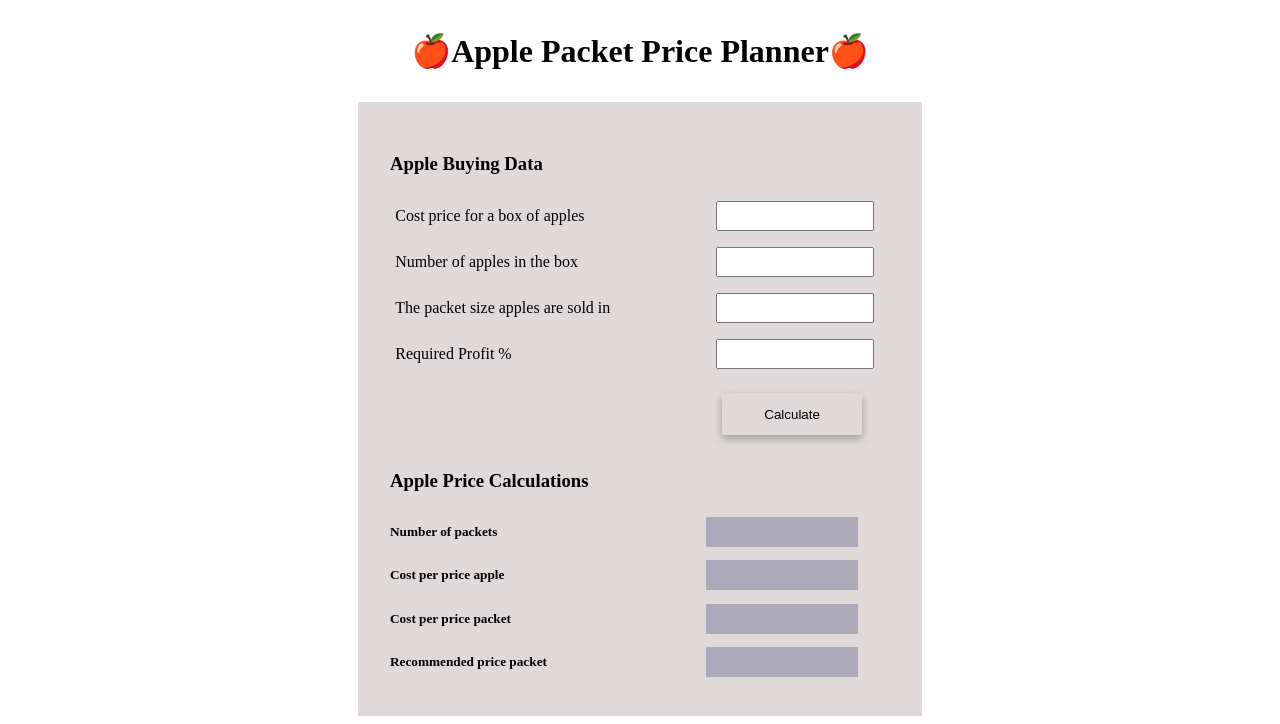
Repository: lasity34/apple-packet-price-planner
Page: index.html
An editor plug-in stored every save of this project. The page is shown before and after the next save, followed by the edit.
The browser window is 1280 px wide. The pictures show the whole page.

Above is the page before, as saved 2023-05-29 14:26:45.

### index.html
<!DOCTYPE html>
<html lang="en">
  <head>
    <meta charset="UTF-8" />
    <meta http-equiv="X-UA-Compatible" content="IE=edge" />
    <meta name="viewport" content="width=device-width, initial-scale=1.0" />
    <title>Apple Packet Price Planner</title>
    <link href="./style.css" rel="stylesheet" />
  </head>
  <body>
    <h1>🍎Apple Packet Price Planner🍎</h1>
    <main>
      <h3>Apple Buying Data</h3>
      <div class="data_input">
      <section class="input_section">
        <div class="input_container">
          <label for="apple_price">Cost price for a box of apples</label><br />
          <input
            type="number"
            id="apple_price"
            name="apple_price"

          /><br />
        </div>
      </section>
      <section class="input_section">
        <div class="input_container">
          <label for="apple_num">Number of apples in the box</label><br />
          <input type="number" id="apple_num" name="apple_num"  /><br />
        </div>
      </section>
      <section class="input_section">
        <div class="input_container">
          <label for="packet_size">The packet size apples are sold in</label><br />
          <input type="number" id="packet_size" name="packet_size" /><br />
        </div>
      </section>
      <section class="input_section">
        <div class="input_container">
          <label for="profit_required">Required Profit %</label><br />
          <input type="number" id="profit_required" name="profit_required"/><br />
        </div>
      </section>
      <div class="btn_container">
        <div></div>
        <button class="calculate_btn">Calculate</button>
      </div>
    </div>
   <section class="data_display">
    <h3>Apple Price Calculations</h3>
    <div class="data_container">
      <h5>Number of packets</h5>
      <h5 class="packets_display"></h5>
    </div>
    <div class="data_container">
      <h5>Cost per price apple</h5>
      <h5 class="cost_per_apple_display"></h5>
    </div>
    <div class="data_container">
      <h5>Cost per price packet</h5>
      <h5 class="cost_per_packet_display"></h5>
    </div><div class="data_container">
      <h5>Recommended price packet</h5>
      <h5 class="recommeded_price_packet_display"></h5>
    </div>
   </section>
    </main>
  </body>
  <script src="./apple-factory.js"></script>
  <script src="./apple-dom.js"></script>
</html>

### style.css

h1 {
    text-align: center;
    margin: 1em;
}

main {
    background-color: rgb(223, 217, 217);
    margin: 0 auto;
    padding: 2em;
    width: 70%;
    max-width: 500px;
}

.input_section {
    padding: 0.5em 0;
}

.input_container {
    display: flex;
    justify-content: space-around;
    height: 30px;
}

.input_container input {
    width: 30%;
}

.input_container label {
    width: 60%;
   align-self: center;
}

.btn_container {
    display: flex;
    justify-content: space-around;
    padding: 1em;

}

.btn_container div {
    width: 60%;
}

.calculate_btn {
    background-color: rgb(223, 217, 217);
    width: 30%;
    padding: 1em;
    border: none;
    box-shadow: 0px 4px 8px rgba(0, 0, 0, 0.25);
}

.data_container {
    display: flex;
    justify-content: space-between;
    width: 95%;
}

.data_container h5 {
    margin: 0.5em;
}

.data_container h5:nth-of-type(1) {
    align-self: center;
    margin: 0;
}

.data_container h5:nth-of-type(2) {

    display: flex;
    justify-content: center;
    align-items: center;
    width: 32%;
    height: 30px;
    background-color: rgb(172, 169, 186);
}

### apple-factory.js


function apple_factory(price, num, size, profit) {

    let apple_cost_price = price || 0;
    let num_apples = num || 0;
    let packet_size = size || 0;
    let profit_required = profit || 0;

    function apple_price(price) {
        apple_cost_price = price
    }

     function apple_count(num) {
        num_apples = num
     }

     function apple_size(packet) {
        packet_size = packet
     }

     function profit_input(input) {
        profit_required = input
     }

    function apples_price_length() {
        return apple_cost_price
    }

    function apple_count_length() {
        return num_apples
    }

    function apple_size_length() {
        return packet_size
    }

    function profit_required_length() {
        return profit_required
    }

    function number_of_packets() {
        const num_packets = Math.floor( num_apples / packet_size)
        return num_packets
    }

    function cost_per_apple() {
        const price_per_apple = num_apples / apple_cost_price
        return price_per_apple
    }

    function cost_per_packet() {
        const price_per_packet = (apple_cost_price * packet_size) / num_apples;
    return price_per_packet.toFixed(2)
    }

    function recommended_price() {
        const recommended_price_packet = (cost_per_packet() * 1.15)
        return recommended_price_packet.toFixed(2)
    }

    return {
        apple_price,
        apples_price_length,
        apple_count,
        apple_count_length,
        apple_size,
        apple_size_length,
        profit_input,
        profit_required_length,
        number_of_packets,
        cost_per_apple,
        cost_per_packet,
        recommended_price


    }
}

### apple-dom.js
const calculate_btn = document.querySelector(".calculate_btn");
const apple_cost_input = document.getElementById("apple_price").value;
const apple_num_input = document.getElementById("apple_num").value;
const packet_size_input = document.getElementById("packet_size").value;
const profit_required_input = document.getElementById("profit_required").value;
const num_packet_display = document.querySelector(".packets_display")
const cost_per_apple_display = document.querySelector(".cost_per_apple_display")
const cost_per_packet_display = document.querySelector(".cost_per_packet_display")
const recommended_price_packet = document.querySelector(".recommeded_price_packet_display")

const apple_fact = apple_factory(apple_cost_input, apple_num_input, packet_size_input, profit_required_input);

function apple_dom() {

num_packet_display.innerText = apple_fact.number_of_packets()
cost_per_apple_display = apple_fact.cost_per_apple()
cost_per_packet_display = apple_fact.cost_per_packet()
recommended_price_packet = apple_fact.recommended_price()

}

calculate_btn.addEventListener("click", apple_dom);

After the next save:
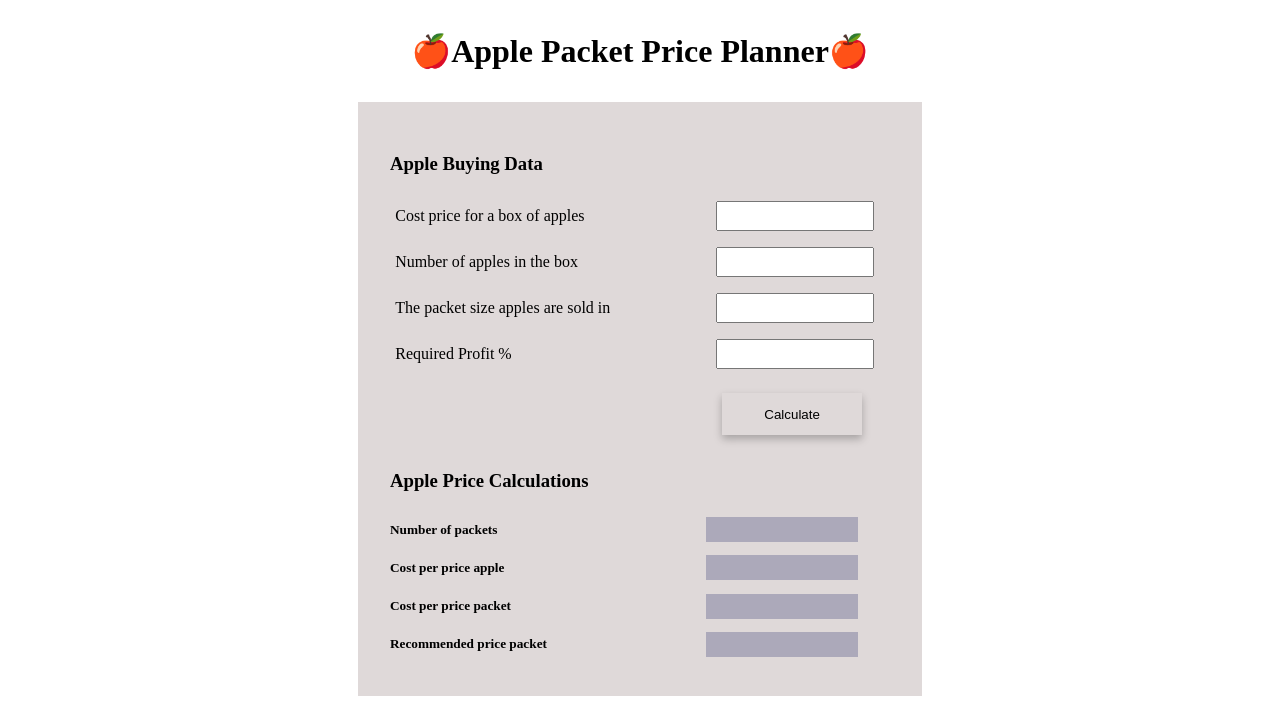
Saved 27 s later.
--- a/style.css
+++ b/style.css
@@ -71,6 +71,6 @@ main {
     justify-content: center;
     align-items: center;
     width: 32%;
-    height: 30px;
+    height: 25px;
     background-color: rgb(172, 169, 186);
 }
